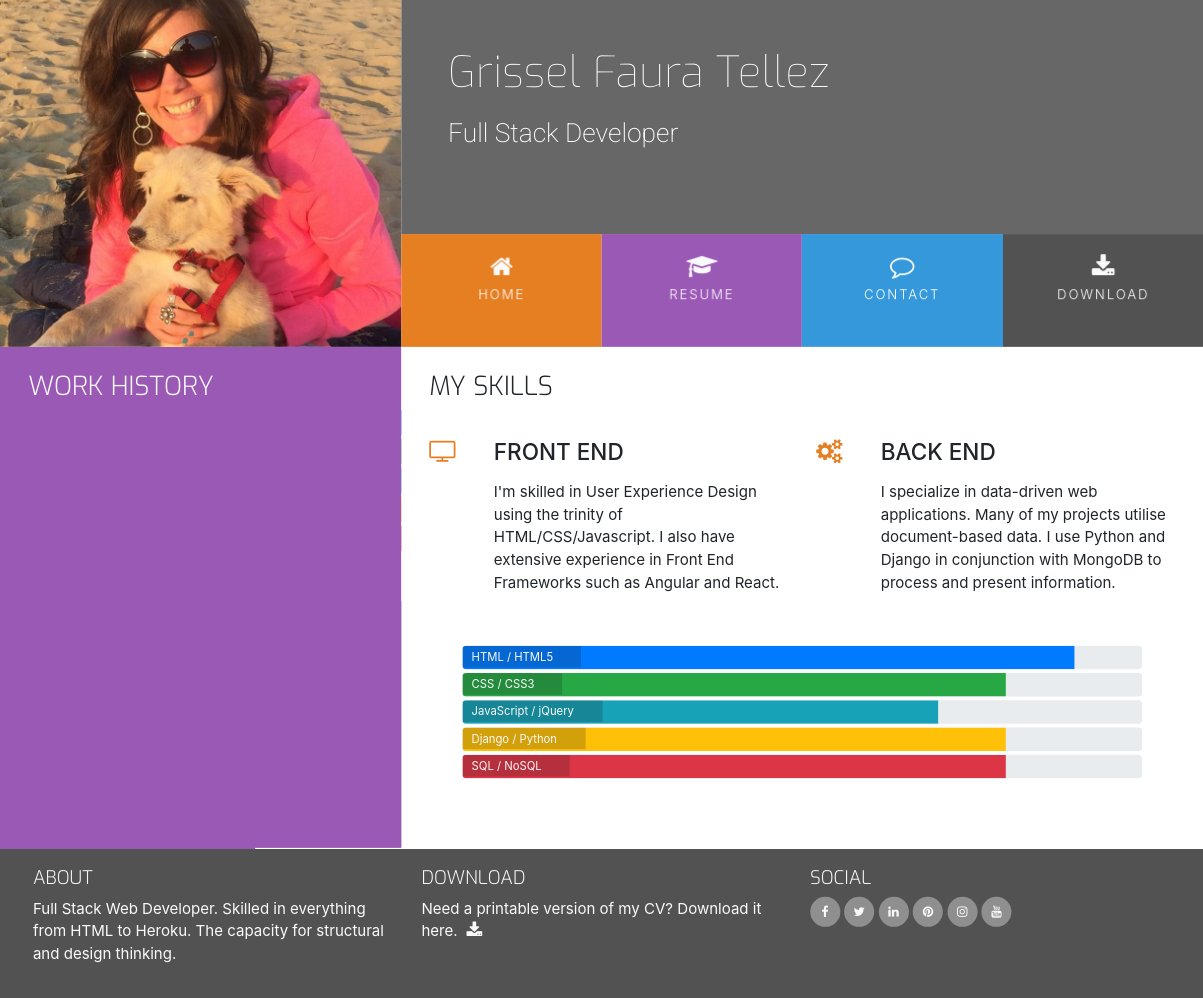
Repository: grisselfaura/Resume-Project-Introduction
Page: resume.html
The author's editor kept a record of every edit. The page is drawn from the files as they stood at one moment, then again after the next edit.
The browser window is 1280 px wide. The pictures show the whole page, at 94% of full size.

Above is the page before.

After the next edit:
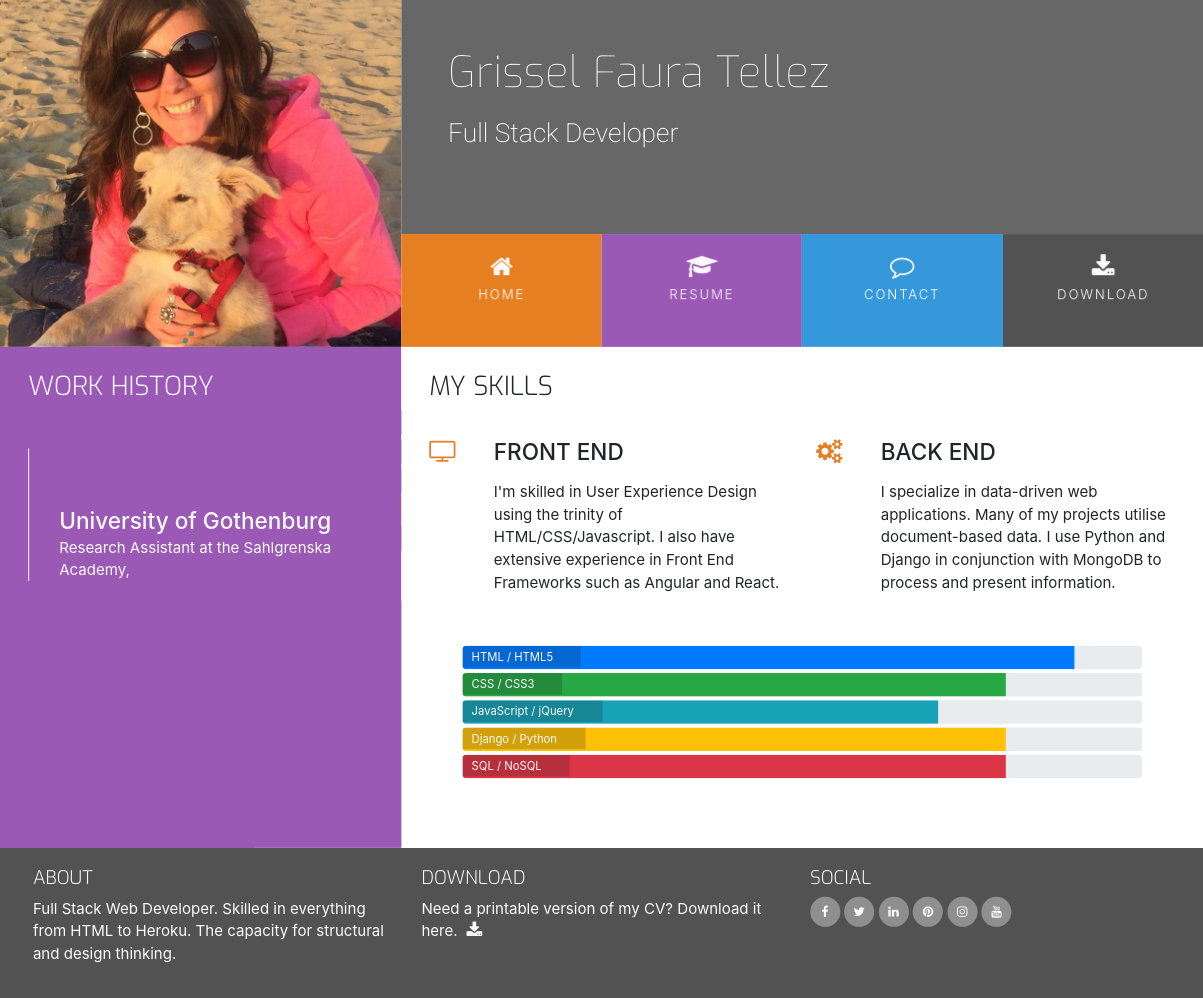
The edit:
--- a/resume.html
+++ b/resume.html
@@ -51,6 +51,10 @@
                             Work History
                             </h3>
                     </div>
+                </div>
+                <div class="timeline-item" data-dates="">
+                    <h4>University of Gothenburg</h4>
+                    <p>Research Assistant at the Sahlgrenska Academy,</p>
                 </div>
             </div>
             <div class="col-md-8 bg-color-three-reasons section-column">
